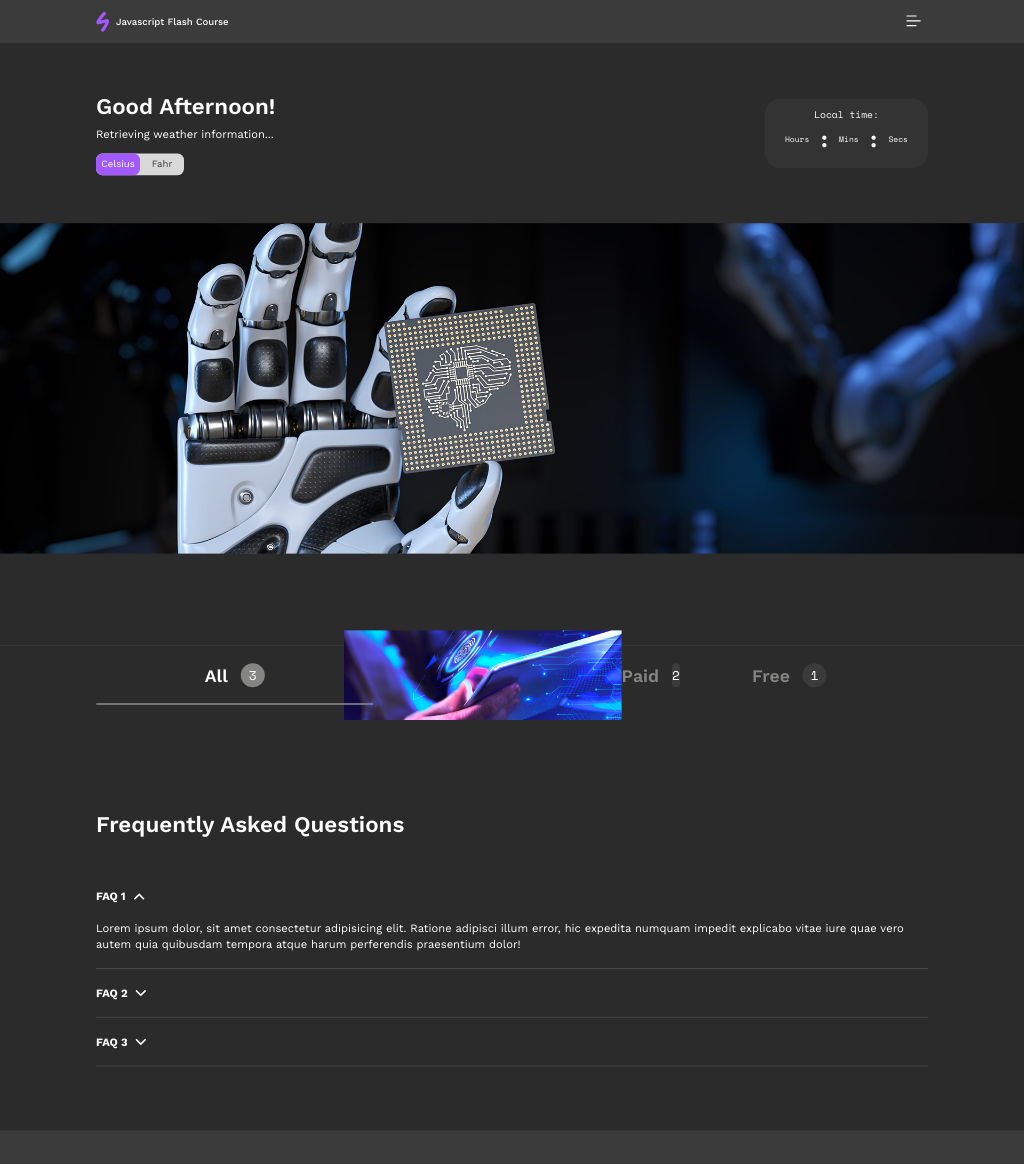
Repository: GettieSirma/JAVASCRIPT-TEST
Page: index.html
These files come from the project's save history. The page is drawn as it stood at one moment and after the next save; the edit follows.
The browser window is 1280 px wide. The pictures show the whole page, at 80% of full size.

Above is the page before, as saved 2024-04-24 11:29:21.
Not found: main.js

After the next save:
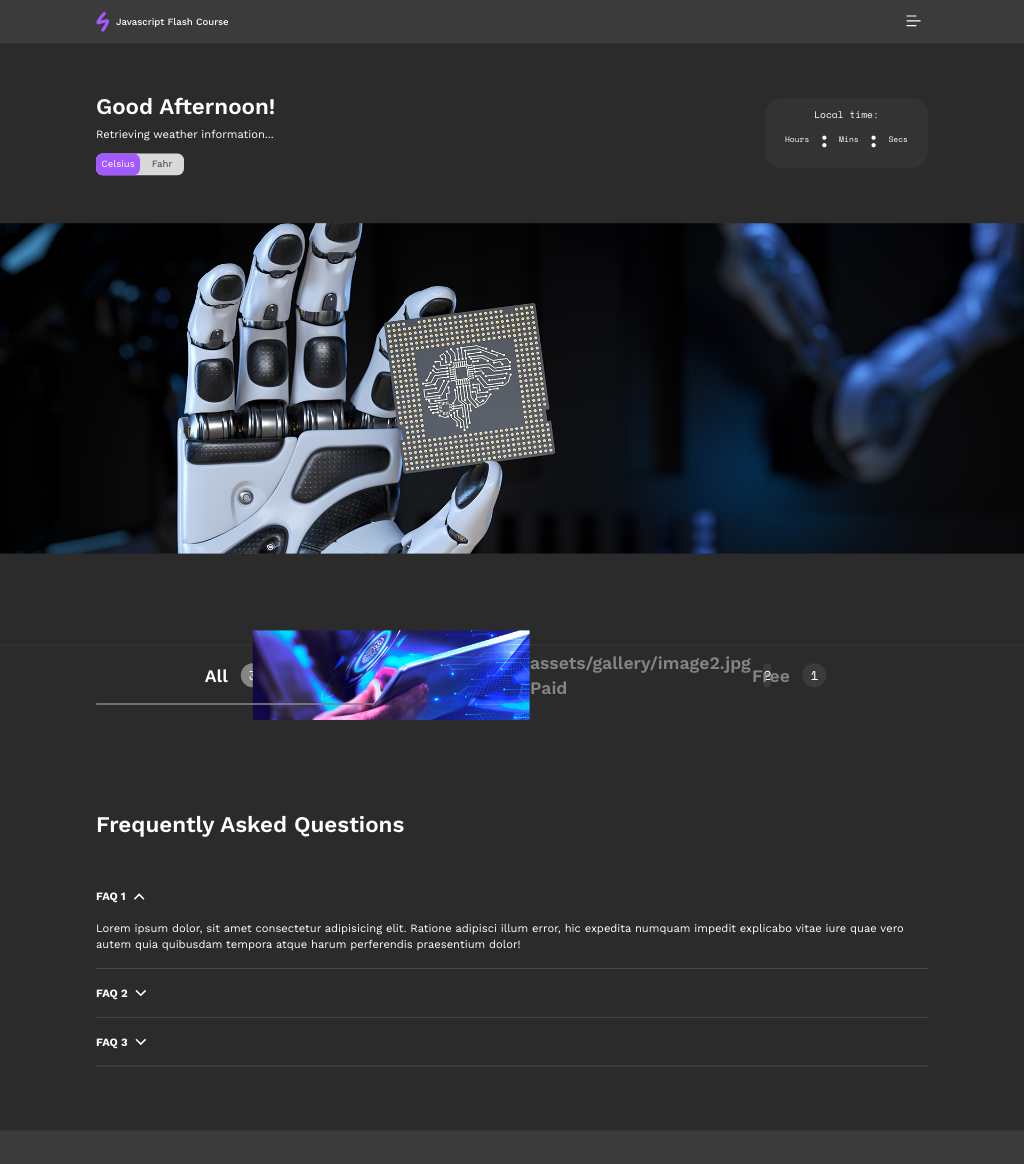
Saved 4 min 28 s later.
--- a/index.html
+++ b/index.html
@@ -162,6 +162,7 @@
                 <input type="radio" id="paid" name="products" />
                 <label for="paid">
                   <img src="assets/gallery/image2.jpg" alt="">
+                  assets/gallery/image2.jpg
             Paid
             <span class="product-amount">2</span>
           </label>
